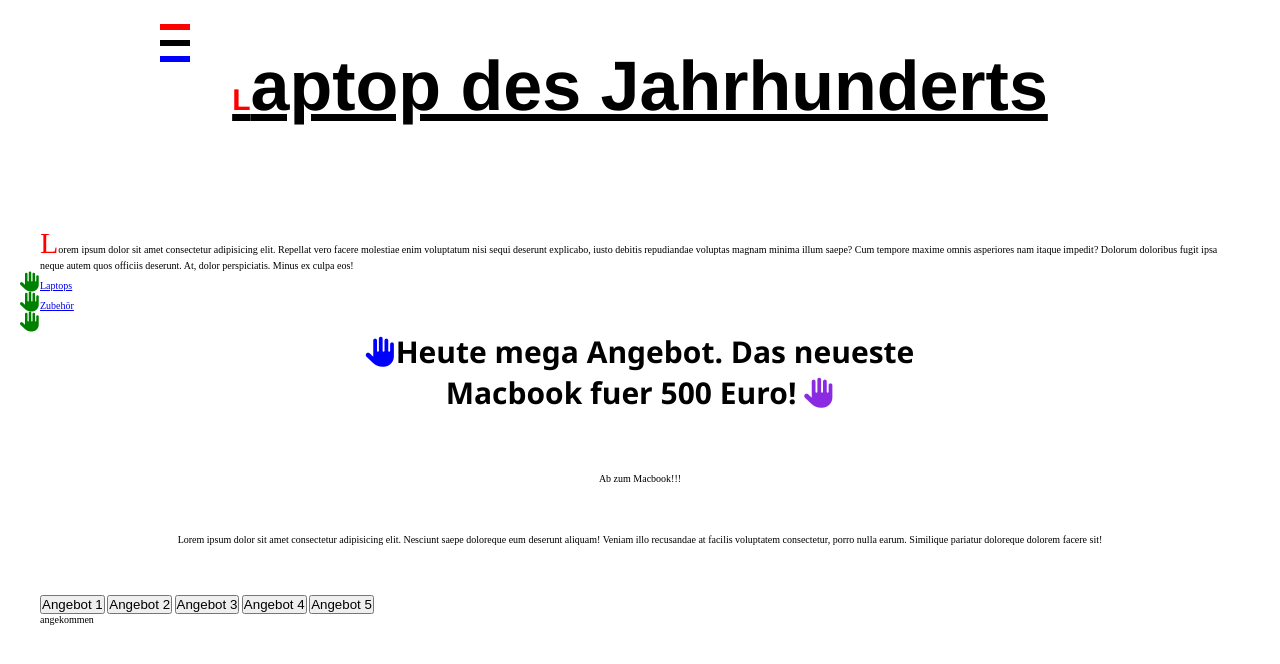
Repository: m0lt/modul_1
Page: 20250708_css_Class_ID/index.html
These files come from the project's save history. The page is drawn as it stood at one moment and after the next save; the edit follows.
The browser window is 1280 px wide. The pictures show the whole page.
Some web libraries are served in a nearby version.

Above is the page before, as saved 2025-07-07 10:45:42.

After the next save:
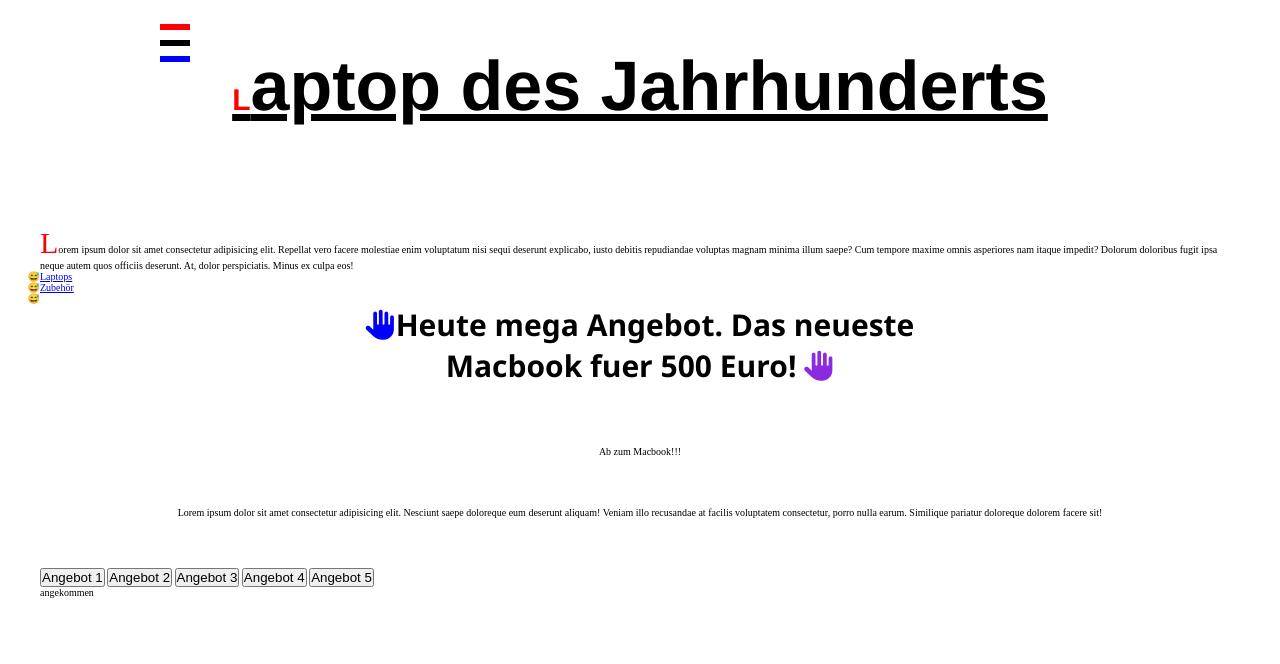
Saved 4 s later.
--- a/20250708_css_Class_ID/assets/css/styles.css
+++ b/20250708_css_Class_ID/assets/css/styles.css
@@ -38,7 +38,7 @@
 
 
 
-li::marker{
+/* li::marker{
     font-family: "Font Awesome 6 Free";
     content: "\f256";
     font-size: 20px;
@@ -46,7 +46,7 @@
     color: green;
     margin-right: 20px;
 
-}
+} */
 li{    list-style: "😅";}
 
 .hamburger{

After the save that followed:
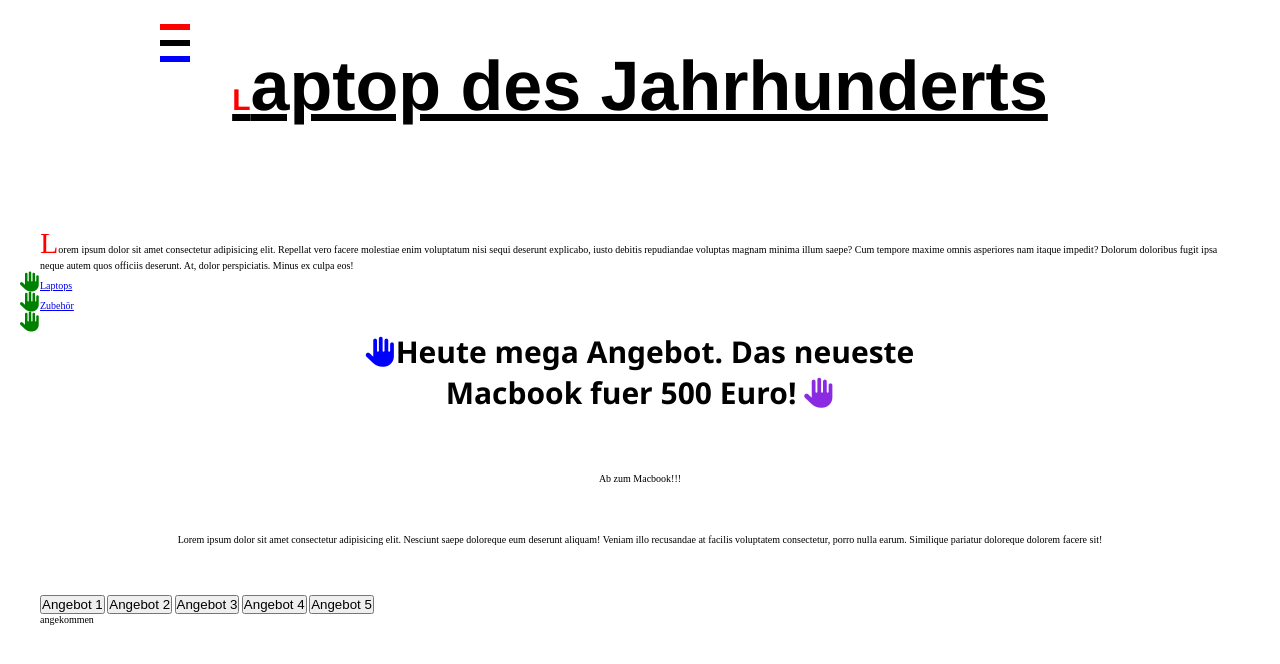
Saved 13 s later.
--- a/20250708_css_Class_ID/assets/css/styles.css
+++ b/20250708_css_Class_ID/assets/css/styles.css
@@ -38,7 +38,7 @@
 
 
 
-/* li::marker{
+li::marker{
     font-family: "Font Awesome 6 Free";
     content: "\f256";
     font-size: 20px;
@@ -46,8 +46,7 @@
     color: green;
     margin-right: 20px;
 
-} */
-li{    list-style: "😅";}
+}
 
 .hamburger{
     top: 50%;
